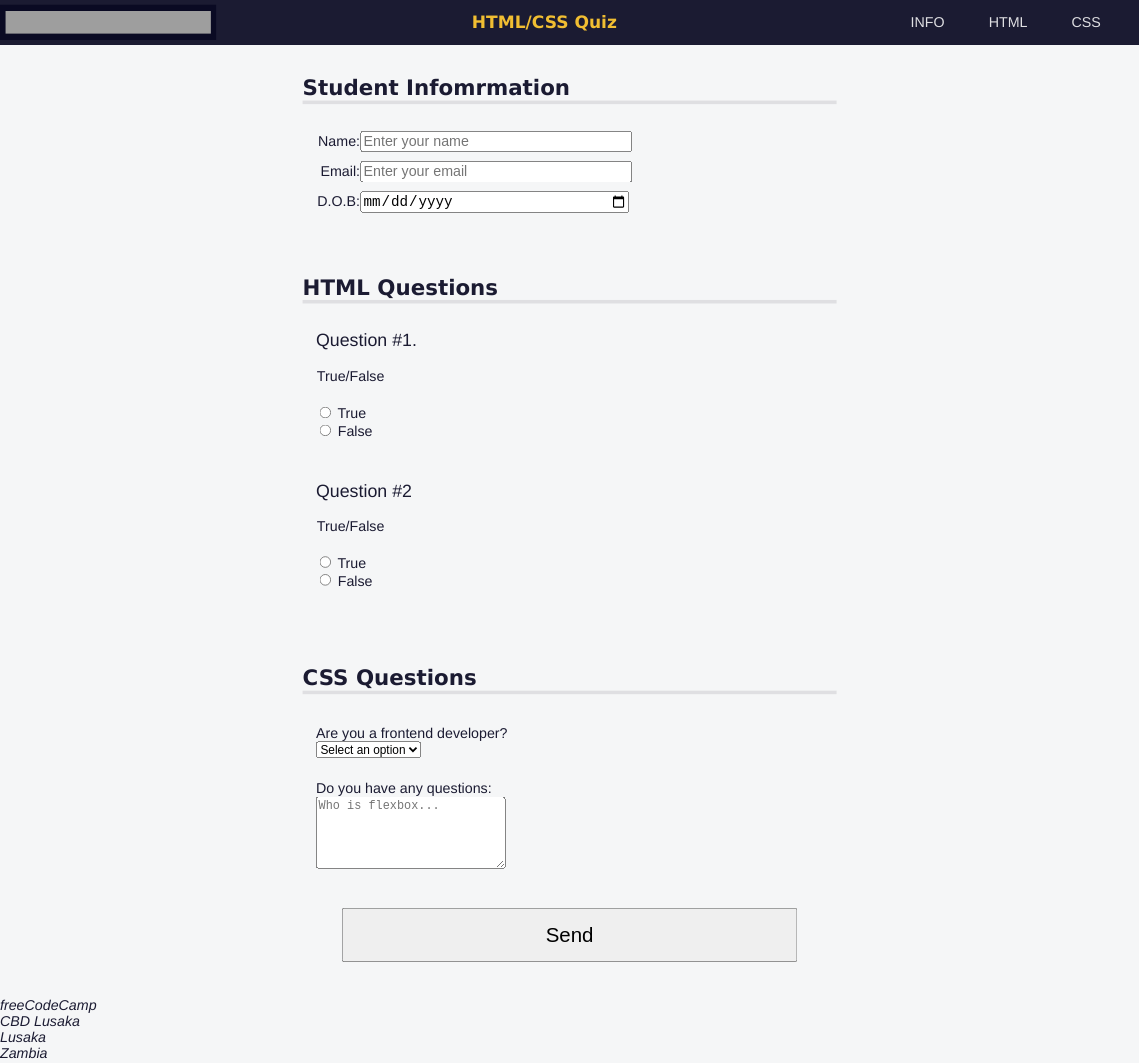
Repository: Lungdjos/accessibility_build_quiz
Page: index.html
An editor plug-in stored every save of this project. The page is shown before and after a run of saves, followed by the edit.
The browser window is 1280 px wide. The pictures show the whole page, at 89% of full size.
Pictures or frames that could not be fetched are drawn as grey boxes.

Above is the page before, as saved 2023-10-30 09:50:12.

After the next 3 saves:
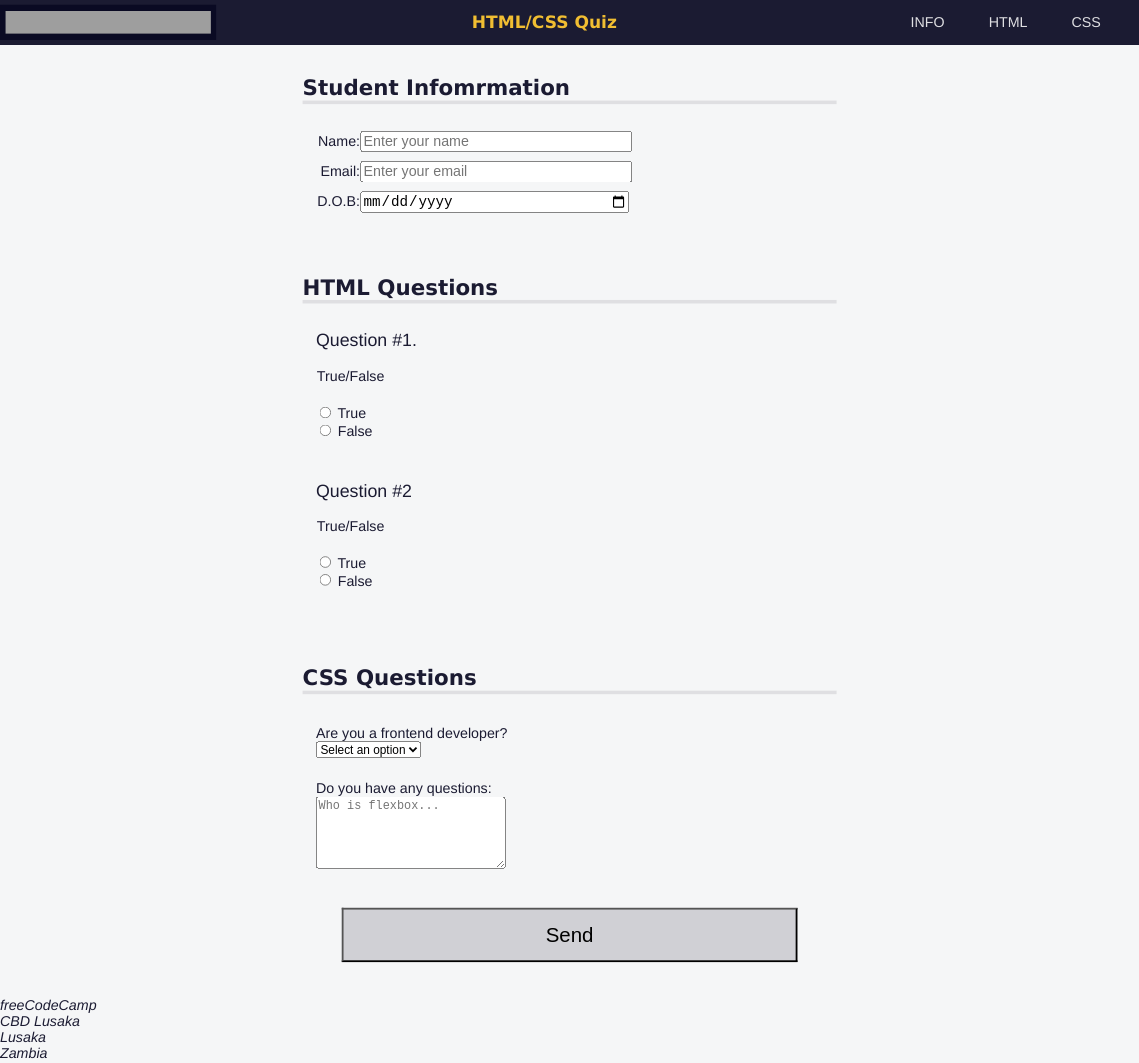
The 3 saves are shown as one change because they came seconds apart.
The last was saved 8 s later.
--- a/styles.css
+++ b/styles.css
@@ -176,7 +176,7 @@ button {
     width: 40%;
     padding: 15px;
     font-size: 23px;
-    background: #
+    background: #d0d0d5;
 }
 
 
